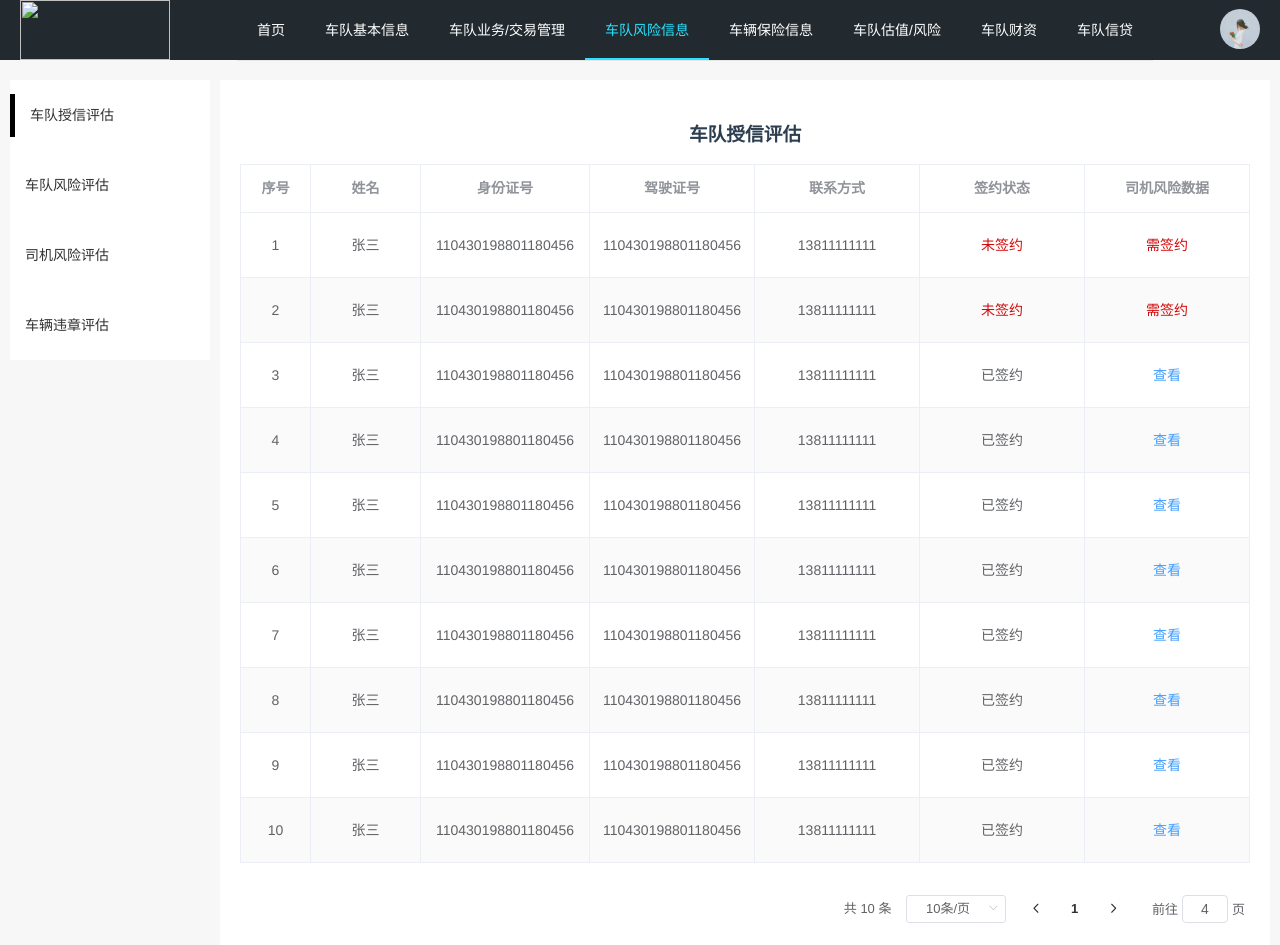
Repository: TheWomanLiketheWind/woodpecker
Page: /
An editor plug-in stored every save of this project. The page is shown before and after the next save, followed by the edit.
The browser window is 1280 px wide. The pictures show the whole page.
The project was rebuilt for these pictures with package versions that can differ from the ones it lists, and the page was loaded fresh each time. Also part of the build but not shown: src/views/menuThird.vue.

Above is the page before, as saved 2019-07-26 09:57:30.

After the next save:
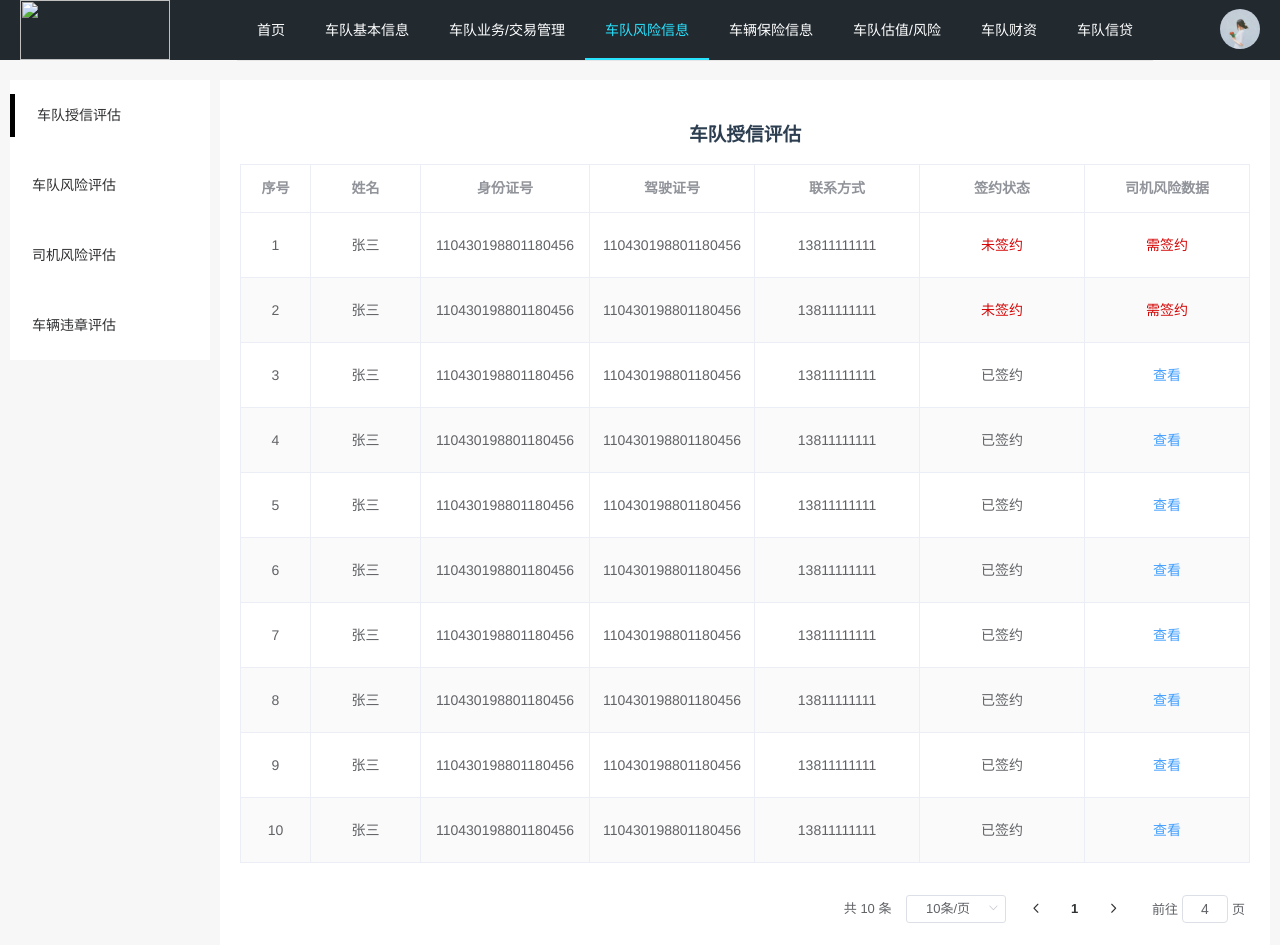
Saved 24 s later.
--- a/src/App.vue
+++ b/src/App.vue
@@ -42,7 +42,7 @@
       text-align: left;
       width: 100%;
       display: block;
-      padding-left: 15px;
+      padding-left: 22px;
     }
   }
 }
